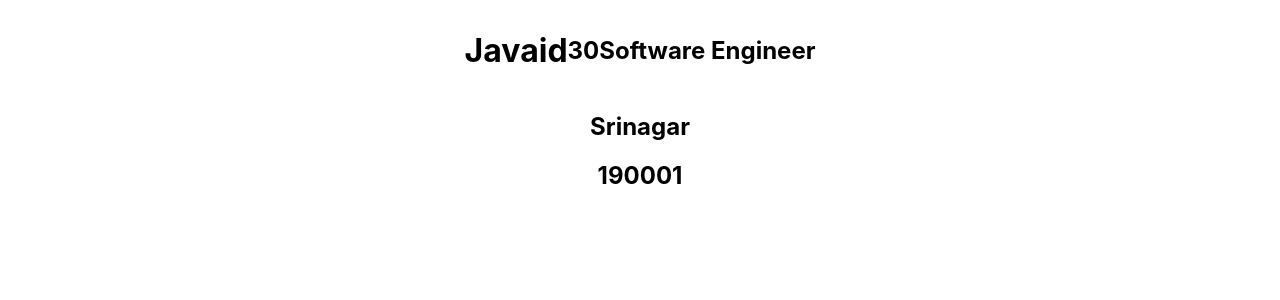
Repository: JavaidAhmadKhan/framer-motion-reacr
Page: /
An editor plug-in stored every save of this project. The page is shown before and after a run of saves, followed by the edit.
The browser window is 1280 px wide. The pictures show the whole page.
The project was rebuilt for these pictures with package versions that can differ from the ones it lists, and the page was loaded fresh each time.

Above is the page before, as saved 2022-05-19 17:20:20.

After the next 2 saves:
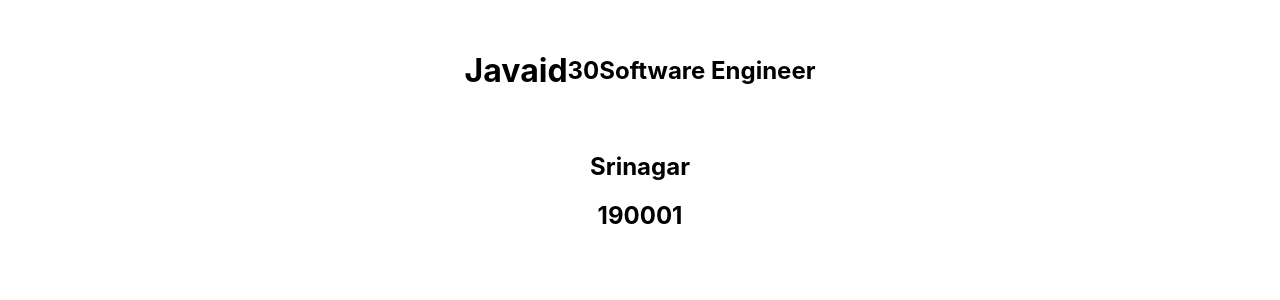
The 2 saves are shown as one change because they came seconds apart.
The last was saved 15 s later.
--- a/src/App.js
+++ b/src/App.js
@@ -27,6 +27,7 @@ class App extends Component {
             alignItems: "center",
             justifyContent: "center",
             margin: "10px",
+            padding: "20px",
           }}
         >
           <h1>{this.state.name}</h1>
